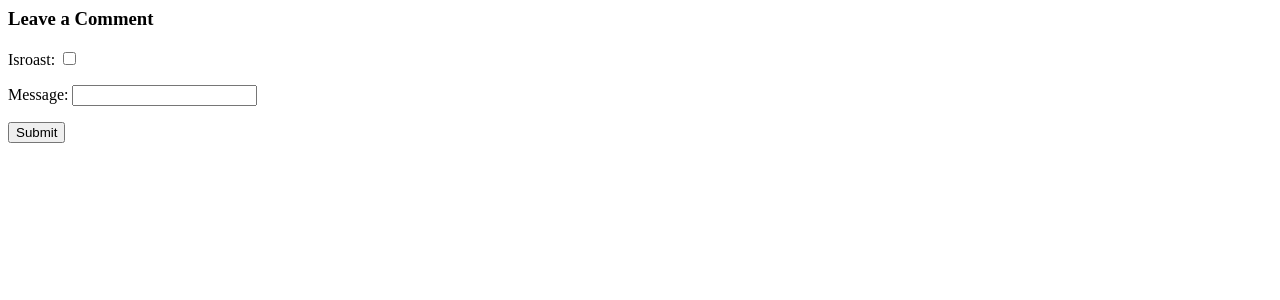
Repository: Imraj423/ghostpost
Page: http://localhost/addpost/
These files come from the project's save history. The page is drawn as it stood at one moment and after the next save; the edit follows.
The browser window is 1280 px wide. The pictures show the whole page.
The page is served by the project's application, run on Django 3.2 (manage.py).

Above is the page before, as saved 2020-02-10 14:35:33.

After the next save:
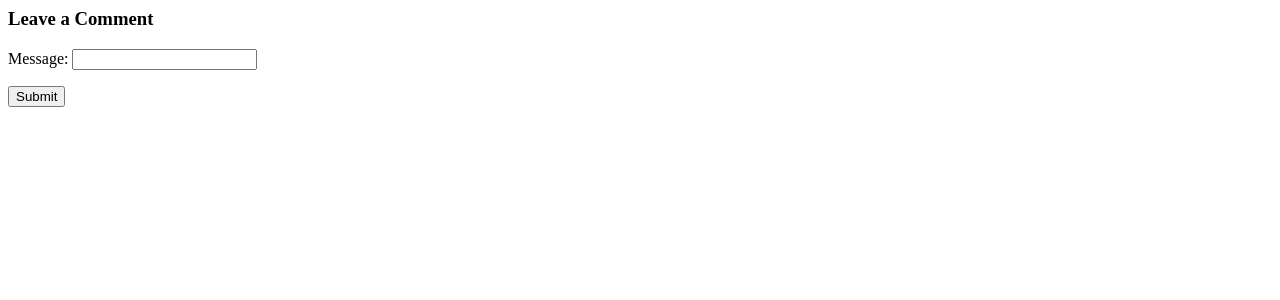
Saved 46 s later.
--- a/ghostpost/forms.py
+++ b/ghostpost/forms.py
@@ -3,5 +3,5 @@ from django import forms
 
 class addPost(forms.Form):
 
-    isRoast = forms.BooleanField()
+
     message = forms.CharField(widget=forms.TextInput, max_length=280)
